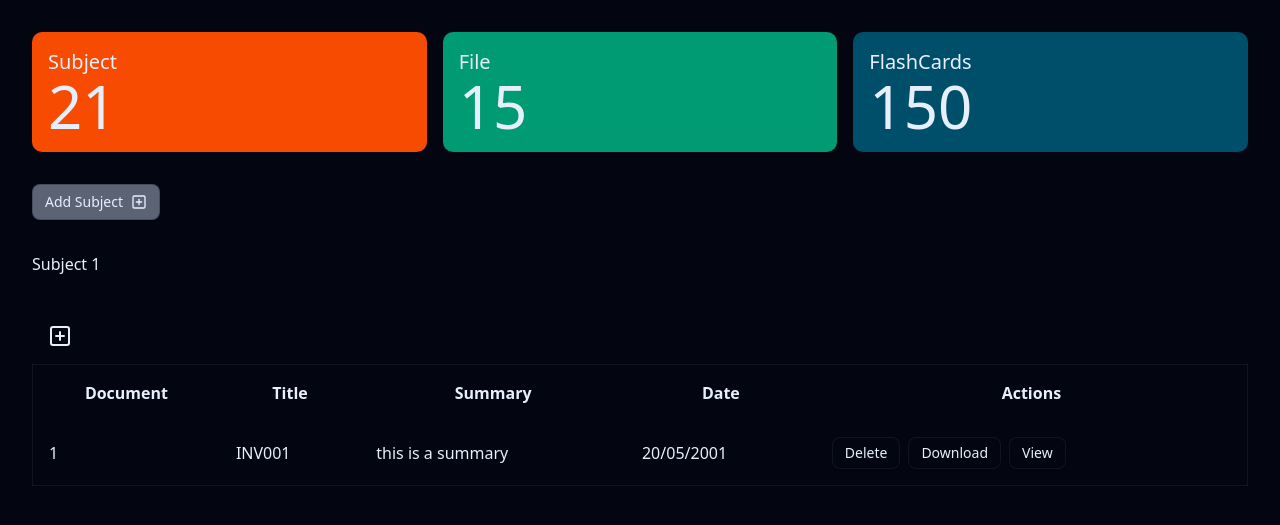
Repository: SywarDer/Student-Assistance
Page: /dashboard (app in student-assistant/)
The author's editor kept a copy of each file at every save. The page is drawn from the files as they stood at one save, then again after the next save.
The browser window is 1280 px wide. The pictures show the whole page.
The project was rebuilt for these pictures with package versions that can differ from the ones it lists, and the page was loaded fresh each time. The framework's server and built-in components were replaced by stand-ins that run in the browser. Also part of the build but not shown: student-assistant/next.config.ts, student-assistant/components/ui/input.tsx.

Above is the page before, as saved 2025-10-30 20:44:32.

### student-assistant/app/layout.tsx
import type { Metadata } from "next";
import { Geist, Geist_Mono } from "next/font/google";
import "./globals.css";
import { SidebarProvider, SidebarTrigger } from "@/components/ui/sidebar";


const geistSans = Geist({
  variable: "--font-geist-sans",
  subsets: ["latin"],
});

const geistMono = Geist_Mono({
  variable: "--font-geist-mono",
  subsets: ["latin"],
});

export const metadata: Metadata = {
  title: "Create Next App",
  description: "Generated by create next app",
};

export default function RootLayout({
children,
}: Readonly<{
  children: React.ReactNode;
}>) {
  return (
    <html lang="en">
      <body
        className={`${geistSans.variable} ${geistMono.variable} antialiased`}
      >


        {children}

      </body>
    </html>
  );
}

### student-assistant/app/dashboard/page.tsx
import { Button } from "@/components/ui/button";
import { Input } from "@/components/ui/input";
import { TableCaption, TableHeader, TableRow, TableHead, TableBody, TableCell, TableFooter } from "@/components/ui/table";
import { Popover, PopoverTrigger, PopoverContent } from "@radix-ui/react-popover";
import { PlusSquare, Table } from "lucide-react";
import { Label } from "recharts";

export default function Dashboard() {
    const documents = [
        {
            id:"1",
            title: "INV001",
            date: "20/05/2001",
            summary: "this is a summary",
            actions: <div className="flex">
                <Button variant="outline" size="sm" className="mr-2">Delete</Button>
                <Button variant="outline" size="sm" className="mr-2">Download</Button>
                <Button variant="outline" size="sm">View</Button>
            </div>,
        }
    ]
    return (

        <div className="m-8 space-y-8">
            {/*Dashboard Cards*/}
            <div className="flex space-x-4 justify-between w-full">
                <div className="rounded-lg p-4 w-1/3" style={{
                    backgroundColor: "var(--chart-1)",
                    color: "var(--card-foreground)",
                }}>
                    <h1 className="text-xl">Subject</h1>
                    <h1 className="text-6xl">21</h1>
                </div>
                <div className="rounded-lg p-4 w-1/3" style={{
                    backgroundColor: "var(--chart-2)",
                    color: "var(--card-foreground)",
                }}>
                    <h1 className="text-xl">File</h1>
                    <h1 className="text-6xl">15</h1>
                </div>
                <div className="rounded-lg p-4 w-1/3" style={{
                    backgroundColor: "var(--chart-3)",
                    color: "var(--card-foreground)",
                }}>
                    <h1 className="text-xl">FlashCards</h1>
                    <h1 className="text-6xl">150</h1>
                </div>
            </div>

            {/* Button new subject */}
            <Popover>
                <PopoverTrigger asChild>
                    <Button variant="outline" className="cursor-pointer " style={{backgroundColor:"var(--ring)"}}>Add Subject <PlusSquare /></Button>
                </PopoverTrigger>
                <PopoverContent className="w-80">
                    <div className="grid gap-4">
                        <div className="space-y-2">
                            <h4 className="leading-none font-medium">Subject</h4>
                            <p className="text-muted-foreground text-sm">
                                Set the details for the subject.
                            </p>
                        </div>
                        <div className="grid gap-2 ">
                            <div className="grid grid-cols-3 items-center gap-4">
                                <h1>Title</h1>
                                <Input
                                    id="width"
                                    defaultValue="100%"
                                    className="col-span-2 h-8"
                                />
                            </div>
                            <div className="grid grid-cols-3 items-center gap-4">
                                <h1>Summary</h1>
                                <Input
                                    id="maxWidth"
                                    defaultValue="300px"
                                    className="col-span-2 h-8"
                                />
                            </div>
                            <Button className="mt-4">Create Subject</Button>
                        </div>
                    </div>
                </PopoverContent>
            </Popover>

            {/** List of subjects */}

            <h1>Subject 1</h1>
            <table className="min-w-full border">
                <caption className="text-left font-medium p-4"><PlusSquare/></caption>
                <thead className="gap-4">
                    <tr>
                        <th className="p-4">Document</th>
                        <th className="p-4">Title</th>
                        <th className="p-4">Summary</th>
                        <th className="p-4">Date</th>
                        <th className="p-4">Actions</th>
                    </tr>
                </thead>
                <tbody>
                    {documents.map((doc) => (
                        <tr key={doc.id}>
                            <td className="p-4">{doc.id}</td>
                            <td className="p-4">{doc.title}</td>
                            <td className="p-4">{doc.summary}</td>
                            <td className="p-4">{doc.date}</td>
                            <td className="p-4">{doc.actions}</td>
                        </tr>
                    ))}
                </tbody>
            </table>

        </div>

    )
}

### student-assistant/app/globals.css
@import "tailwindcss";
@import "tw-animate-css";

@custom-variant dark (&:is(.dark *));

@theme inline {
  --color-background: var(--background);
  --color-foreground: var(--foreground);
  --font-sans: var(--font-geist-sans);
  --font-mono: var(--font-geist-mono);
  --color-sidebar-ring: var(--sidebar-ring);
  --color-sidebar-border: var(--sidebar-border);
  --color-sidebar-accent-foreground: var(--sidebar-accent-foreground);
  --color-sidebar-accent: var(--sidebar-accent);
  --color-sidebar-primary-foreground: var(--sidebar-primary-foreground);
  --color-sidebar-primary: var(--sidebar-primary);
  --color-sidebar-foreground: var(--sidebar-foreground);
  --color-sidebar: var(--sidebar);
  --color-chart-5: var(--chart-5);
  --color-chart-4: var(--chart-4);
  --color-chart-3: var(--chart-3);
  --color-chart-2: var(--chart-2);
  --color-chart-1: var(--chart-1);
  --color-ring: var(--ring);
  --color-input: var(--input);
  --color-border: var(--border);
  --color-destructive: var(--destructive);
  --color-accent-foreground: var(--accent-foreground);
  --color-accent: var(--accent);
  --color-muted-foreground: var(--muted-foreground);
  --color-muted: var(--muted);
  --color-secondary-foreground: var(--secondary-foreground);
  --color-secondary: var(--secondary);
  --color-primary-foreground: var(--primary-foreground);
  --color-primary: var(--primary);
  --color-popover-foreground: var(--popover-foreground);
  --color-popover: var(--popover);
  --color-card-foreground: var(--card-foreground);
  --color-card: var(--card);
  --radius-sm: calc(var(--radius) - 4px);
  --radius-md: calc(var(--radius) - 2px);
  --radius-lg: var(--radius);
  --radius-xl: calc(var(--radius) + 4px);
}

:root {
  --radius: 0.625rem;

  /* Base dark background & text */
  --background: oklch(0.12 0.03 270);        /* Dark gray-blue */
  --foreground: oklch(0.95 0.02 260);        /* Soft white */

  /* Cards & popovers */
  --card: oklch(0.18 0.04 270);              /* Slightly lighter than background */
  --card-foreground: var(--foreground);
  --popover: oklch(0.18 0.04 270);
  --popover-foreground: var(--foreground);

  /* Primary & secondary */
  --primary: oklch(0.6 0.12 260);            /* Deep blue */
  --primary-foreground: var(--foreground);
  --secondary: oklch(0.45 0.08 280);         /* Soft purple */
  --secondary-foreground: var(--foreground);

  /* Muted & accents */
  --muted: oklch(0.2 0.03 270);
  --muted-foreground: oklch(0.7 0.02 260);
  --accent: oklch(0.65 0.15 350);            /* Magenta/pinkish accent */
  --accent-foreground: var(--foreground);

  /* Destructive actions */
  --destructive: oklch(0.6 0.25 30);         /* Dark red */
  --border: oklch(0.3 0.02 270 / 40%);
  --input: oklch(0.15 0.03 270);             /* Slightly darker than card */
  --ring: oklch(0.5 0.03 270);

  /* Charts */
  --chart-1: oklch(0.65 0.22 40);
  --chart-2: oklch(0.6 0.15 170);
  --chart-3: oklch(0.4 0.08 230);
  --chart-4: oklch(0.6 0.18 300);
  --chart-5: oklch(0.55 0.2 50);

  /* Sidebar */
  --sidebar: oklch(0.18 0.04 270);
  --sidebar-foreground: var(--foreground);
  --sidebar-primary: var(--primary);
  --sidebar-primary-foreground: var(--foreground);
  --sidebar-accent: var(--accent);
  --sidebar-accent-foreground: var(--foreground);
  --sidebar-border: oklch(0.3 0.02 270 / 40%);
  --sidebar-ring: oklch(0.5 0.03 270);
}

/* Optional light mode toggle */
.light {
  --background: oklch(0.98 0.02 260);       /* Light gray */
  --foreground: oklch(0.12 0.03 270);       /* Dark text */

  --card: oklch(0.99 0.03 260);
  --card-foreground: var(--foreground);
  --popover: oklch(0.99 0.03 260);
  --popover-foreground: var(--foreground);

  --primary: oklch(0.2 0.05 260);
  --primary-foreground: var(--foreground);
  --secondary: oklch(0.5 0.1 280);
  --secondary-foreground: var(--foreground);

  --muted: oklch(0.85 0.03 270);
  --muted-foreground: oklch(0.35 0.02 260);
  --accent: oklch(0.8 0.2 350);
  --accent-foreground: var(--foreground);

  --destructive: oklch(0.9 0.25 30);
  --border: oklch(0.8 0.02 270 / 30%);
  --input: oklch(0.95 0.03 260);
  --ring: oklch(0.7 0.03 270);

  --chart-1: oklch(0.65 0.22 40);
  --chart-2: oklch(0.6 0.15 170);
  --chart-3: oklch(0.4 0.08 230);
  --chart-4: oklch(0.6 0.18 300);
  --chart-5: oklch(0.55 0.2 50);

  --sidebar: oklch(0.95 0.03 260);
  --sidebar-foreground: var(--foreground);
  --sidebar-primary: var(--primary);
  --sidebar-primary-foreground: var(--foreground);
  --sidebar-accent: var(--accent);
  --sidebar-accent-foreground: var(--foreground);
  --sidebar-border: oklch(0.8 0.02 270 / 30%);
  --sidebar-ring: oklch(0.7 0.03 270);
}



@layer base {
  * {
    @apply border-border outline-ring/50;
  }
  body {
    @apply bg-background text-foreground;
  }
}

### student-assistant/components/ui/button.tsx
import * as React from "react"
import { Slot } from "@radix-ui/react-slot"
import { cva, type VariantProps } from "class-variance-authority"

import { cn } from "@/lib/utils"

const buttonVariants = cva(
  "inline-flex items-center justify-center gap-2 whitespace-nowrap rounded-md text-sm font-medium transition-all disabled:pointer-events-none disabled:opacity-50 [&_svg]:pointer-events-none [&_svg:not([class*='size-'])]:size-4 shrink-0 [&_svg]:shrink-0 outline-none focus-visible:border-ring focus-visible:ring-ring/50 focus-visible:ring-[3px] aria-invalid:ring-destructive/20 dark:aria-invalid:ring-destructive/40 aria-invalid:border-destructive",
  {
    variants: {
      variant: {
        default: "bg-primary text-primary-foreground hover:bg-primary/90",
        destructive:
          "bg-destructive text-white hover:bg-destructive/90 focus-visible:ring-destructive/20 dark:focus-visible:ring-destructive/40 dark:bg-destructive/60",
        outline:
          "border bg-background shadow-xs hover:bg-accent hover:text-accent-foreground dark:bg-input/30 dark:border-input dark:hover:bg-input/50",
        secondary:
          "bg-secondary text-secondary-foreground hover:bg-secondary/80",
        ghost:
          "hover:bg-accent hover:text-accent-foreground dark:hover:bg-accent/50",
        link: "text-primary underline-offset-4 hover:underline",
      },
      size: {
        default: "h-9 px-4 py-2 has-[>svg]:px-3",
        sm: "h-8 rounded-md gap-1.5 px-3 has-[>svg]:px-2.5",
        lg: "h-10 rounded-md px-6 has-[>svg]:px-4",
        icon: "size-9",
        "icon-sm": "size-8",
        "icon-lg": "size-10",
      },
    },
    defaultVariants: {
      variant: "default",
      size: "default",
    },
  }
)

function Button({
  className,
  variant,
  size,
  asChild = false,
  ...props
}: React.ComponentProps<"button"> &
  VariantProps<typeof buttonVariants> & {
    asChild?: boolean
  }) {
  const Comp = asChild ? Slot : "button"

  return (
    <Comp
      data-slot="button"
      className={cn(buttonVariants({ variant, size, className }))}
      {...props}
    />
  )
}

export { Button, buttonVariants }

Loaded but not shown: student-assistant/lib/utils.ts (common file)

After the next save:
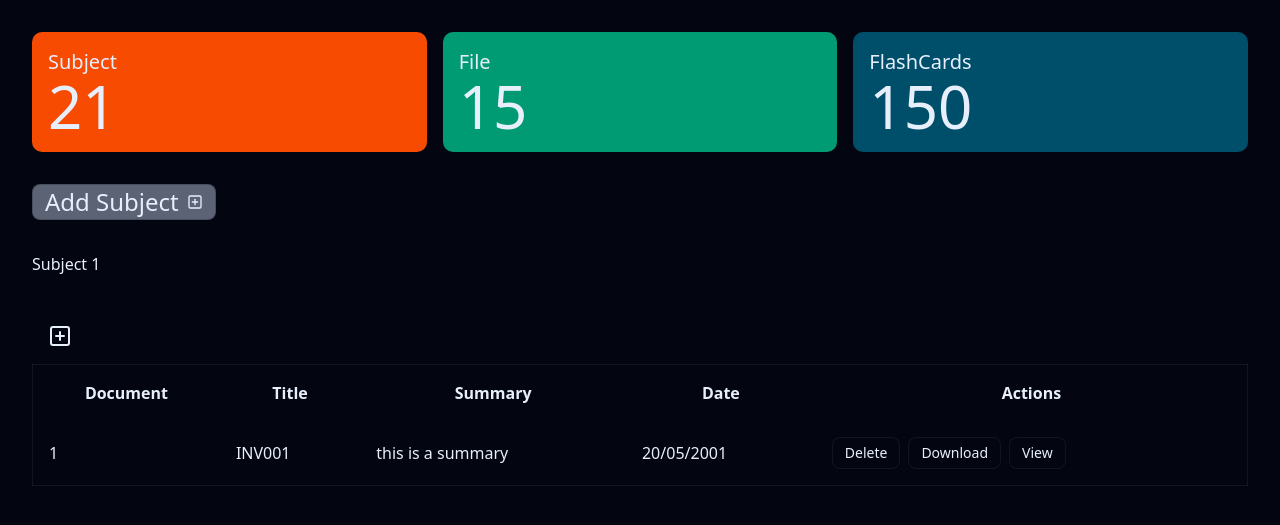
Saved 6 s later.
--- a/student-assistant/app/dashboard/page.tsx
+++ b/student-assistant/app/dashboard/page.tsx
@@ -50,7 +50,7 @@ export default function Dashboard() {
             {/* Button new subject */}
             <Popover>
                 <PopoverTrigger asChild>
-                    <Button variant="outline" className="cursor-pointer " style={{backgroundColor:"var(--ring)"}}>Add Subject <PlusSquare /></Button>
+                    <Button variant="outline" className="cursor-pointer text-2xl" style={{backgroundColor:"var(--ring)"}}>Add Subject <PlusSquare /></Button>
                 </PopoverTrigger>
                 <PopoverContent className="w-80">
                     <div className="grid gap-4">
